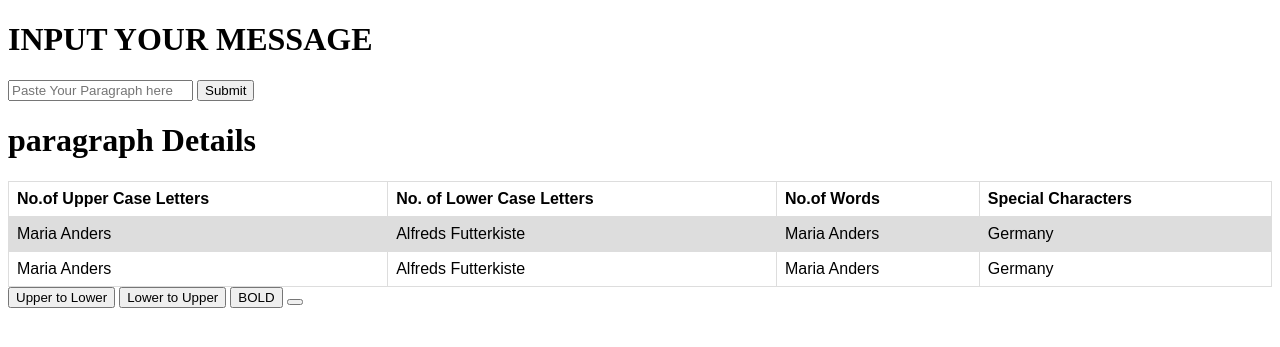
Repository: SharonSebastian32/Paragraph_management_application
Page: index.html
An editor plug-in stored every save of this project. The page is shown before and after a run of saves, followed by the edit.
The browser window is 1280 px wide. The pictures show the whole page.

Above is the page before, as saved 2024-08-22 14:37:49.

### index.html
<!DOCTYPE html>
<html lang="en">
  <head>
    <meta charset="UTF-8" />
    <meta name="viewport" content="width=device-width, initial-scale=1.0" />
    <title>Document</title>
    <link rel="stylesheet" href="./Style.css" />
  </head>
  <body>
    <div class="container">
      <h1>INPUT YOUR MESSAGE</h1>
      <form action="">
        <input
          type="textarea"
          name=""
          id=""
          placeholder="Paste Your Paragraph here"
        />
        <button>Submit</button>
      </form>
    </div>

    <div>
      <h1>paragraph Details</h1>
      <table>
        <tr>
          <th>No.of Upper Case Letters</th>
          <th>No. of Lower Case Letters</th>
          <th>No.of Words</th>
          <th>Special Characters</th>
        </tr>
        <tr>
          <td>Maria Anders</td>
          <td>Alfreds Futterkiste</td>
          <td>Maria Anders</td>
          <td>Germany</td>
        </tr>
        <tr>
          <td>Maria Anders</td>
          <td>Alfreds Futterkiste</td>
          <td>Maria Anders</td>
          <td>Germany</td>
        </tr>
      </table>
    </div>
    <div>
      <button>Upper to Lower</button>

      <button>Lower to Upper</button>

      <button>BOLD</button>
      <button></button>
    </div>
  </body>
</html>

Loaded but not shown: Style.css (common file)

After the next 4 saves:
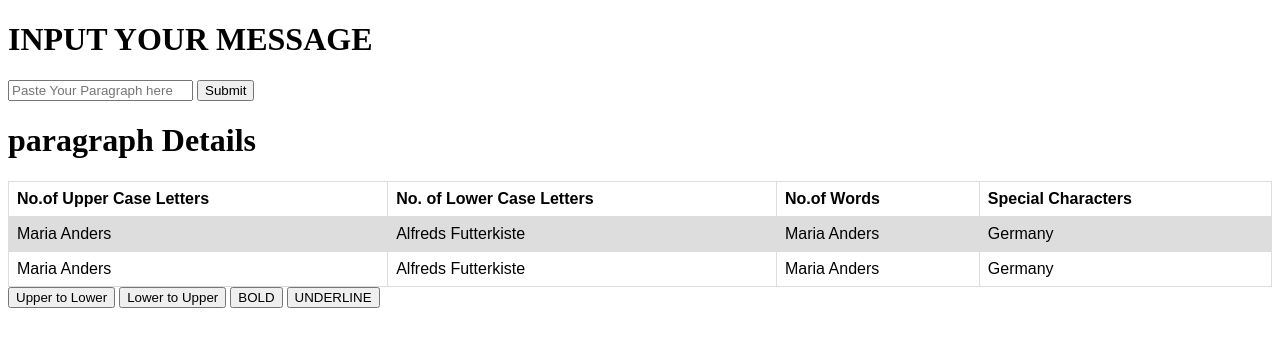
The 4 saves are shown as one change because they came seconds apart.
The last was saved 22 s later.
--- a/index.html
+++ b/index.html
@@ -45,11 +45,9 @@
     </div>
     <div>
       <button>Upper to Lower</button>
-
       <button>Lower to Upper</button>
-
       <button>BOLD</button>
-      <button></button>
+      <button>UNDERLINE</button>
     </div>
   </body>
 </html>
